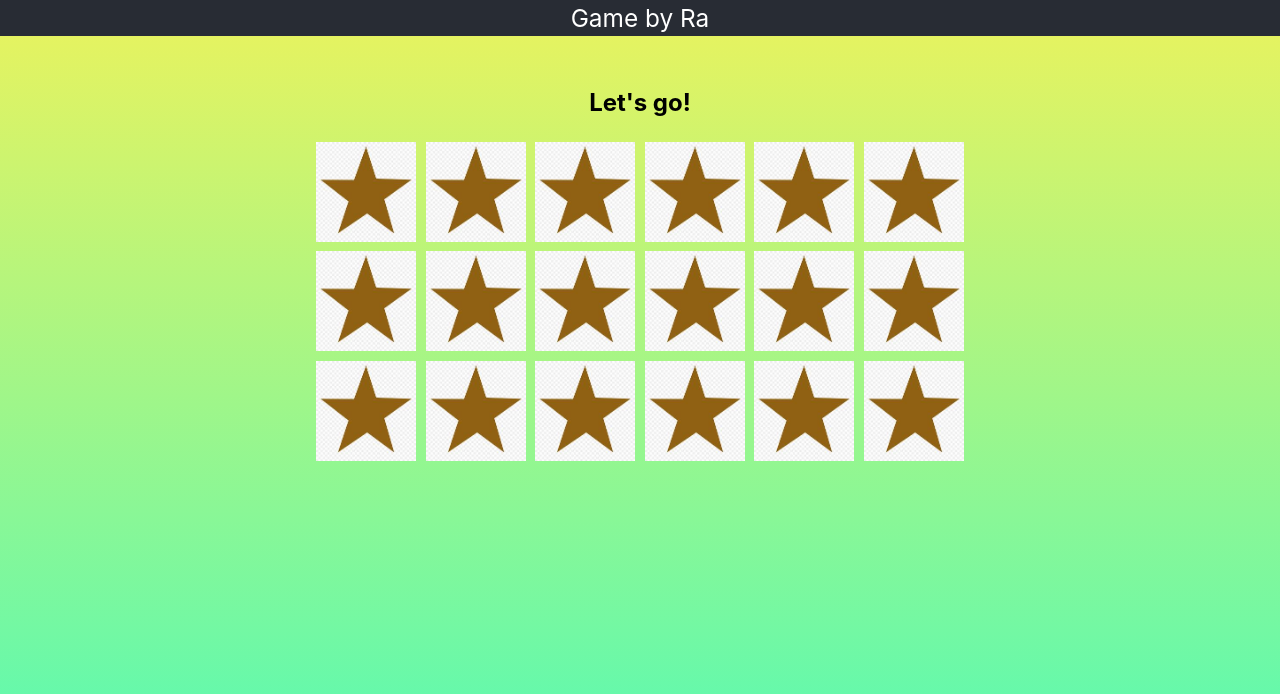
Repository: Sergioramasano/ramos-game
Page: /
These files come from the project's save history. The page is drawn as it stood at one moment and after the next save; the edit follows.
The browser window is 1280 px wide. The pictures show the whole page.
The project was rebuilt for these pictures with package versions that can differ from the ones it lists, and the page was loaded fresh each time.

Above is the page before, as saved 2021-02-11 20:30:42.

### public/index.html
<!DOCTYPE html>
<html lang="en">
  <head>
    <meta charset="utf-8" />
    <link rel="icon" href="%PUBLIC_URL%/favicon.ico" />
    <meta name="viewport" content="width=device-width, initial-scale=1" />
    <meta name="theme-color" content="#000000" />
    <meta
      name="description"
      content="Web site created using create-react-app"
    />
    <link rel="apple-touch-icon" href="%PUBLIC_URL%/logo192.png" />
    <link rel="manifest" href="%PUBLIC_URL%/manifest.json" />
    <title>Game by Ra</title>
  </head>
  <body>
    <noscript>You need to enable JavaScript to run this app.</noscript>
    <div id="root"></div>
  </body>
</html>

### src/App.js
import "./App.css";
import GameBox from "./components/GameBox/GameBox";
import age from "./images/age.jpeg";
import av from "./images/av.jpeg";
import hq from "./images/hq.png";
import hs from "./images/hs.png";
import jq from "./images/jq.jpg";
import lk from "./images/lk.jpg";
import sm from "./images/sm.jpg";
import smm from "./images/smm.png";
import knight from "./images/knight.png";

const App = () => {
  const shuffleArray = [age, av, hq, hs, jq, lk, sm, smm, knight];
  function shuffle(shuffleArray) {
    shuffleArray.sort(() => Math.random() - 0.5);
  }
  shuffle(shuffleArray);
  return (
    <div className="App">
      <header className="App-header">Game by Ra</header>
      <GameBox shuffle={shuffle} shuffleArray={shuffleArray}></GameBox>
    </div>
  );
};

export default App;

### src/App.css
.App {
  text-align: center;
}

.App-header {
  background-color: #282c34;
  height: 5vh;
  display: flex;
  flex-direction: column;
  align-items: center;
  justify-content: center;
  font-size: calc(10px + 2vmin);
  color: white;
}

### src/components/GameBox/GameBox.js
import React, { useState } from "react";
import Cards from "../Cards";
import styles from "./Gamebox.module.css";
import star from "../../images/star.jpeg";

const GameBox = (props) => {
  const [imgUrl, setImgUrl] = useState(null);
  const [bingo, setBingo] = useState([]);
  const [currentUrlIdx, setCurrentUrlIdx] = useState(null);

  let urls = [];
  const mappingUrls = () => {
    urls = urls.map((url, idx) => {
      return { name: url, id: Math.random(), visible: false, idx };
    });
  };

  const transformUrls = () => {
    urls = props.shuffleArray;
    urls = [...urls, ...urls];
    mappingUrls();
  };

  transformUrls();

  if (imgUrl !== null) {
    urls[imgUrl].visible = true;
  }

  if (bingo.length) {
    bingo.forEach((b) => {
      urls[b].visible = true;
    });
  }

  const restart = () => {
    setBingo([]);
    mappingUrls();
    props.shuffle();
  };

  const setImg = (url) => {
    if (
      currentUrlIdx &&
      currentUrlIdx.name === url.name &&
      currentUrlIdx.idx !== url.idx &&
      !bingo.includes(url.idx)
    ) {
      setBingo([...bingo, currentUrlIdx.idx, url.idx]);
    }
    setImgUrl(url.idx);
    setCurrentUrlIdx(url);
  };

  return (
    <main className={styles.gamebox}>
      {bingo.length === urls.length ? <h2>You won!</h2> : <h2>Let's go!</h2>}
      <section className={styles.wrap}>
        {bingo.length === urls.length ? (
          <button onClick={restart} className={styles.button}>
            Restart
          </button>
        ) : (
          <Cards
            urls={urls}
            styles={styles}
            setImg={setImg}
            star={star}
          ></Cards>
        )}
      </section>
    </main>
  );
};

export default GameBox;

### src/components/Cards.js
const Cards = (urls) => {
  return urls.urls.map((url) => {
    return (
      <div
        className={urls.styles.card}
        key={Math.random()}
        onClick={() => urls.setImg(url)}
      >
        {url.visible !== false ? (
          <img src={url.name} alt="avatar"></img>
        ) : (
          <img src={urls.star} alt="star"></img>
        )}
      </div>
    );
  });
};

export default Cards;

### src/components/GameBox/Gamebox.module.css
.gamebox {
  height: 95vh;
  background: linear-gradient(#d5ec06a2, #03f57c9f);
  padding: 2rem;
  box-sizing: border-box;
}

.wrap {
  margin: auto auto;
  max-width: 700px;
  height: auto;
  width: 100%;
  min-height: 300px;
  display: flex;
  flex-direction: row;
  justify-content: center;
  flex-wrap: wrap;
}

.card {
  display: block;
  width: 100px;
  height: 100px;
  margin: 0.3rem;
}

.card img {
  display: block;
  width: 100%;
  height: 100%;
}

.button {
  border: none;
  font-family: inherit;
  font-size: inherit;
  color: inherit;
  background: none;
  cursor: pointer;
  padding: 25px 80px;
  display: inline-block;
  margin: 15px 30px;
  text-transform: uppercase;
  letter-spacing: 1px;
  font-weight: 700;
  outline: none;
  position: relative;
  background: #cb4e4e;
  color: #fff;
  box-shadow: 0 6px #ab3c3c;
  -webkit-transition: none;
  -moz-transition: none;
  transition: none;
  border-radius: 40px;
}

.button:hover {
  box-shadow: 0 4px #ab3c3c;
  top: 2px;
}

Loaded but not shown: src/index.js (common file); src/index.css (common file)

After the next save:
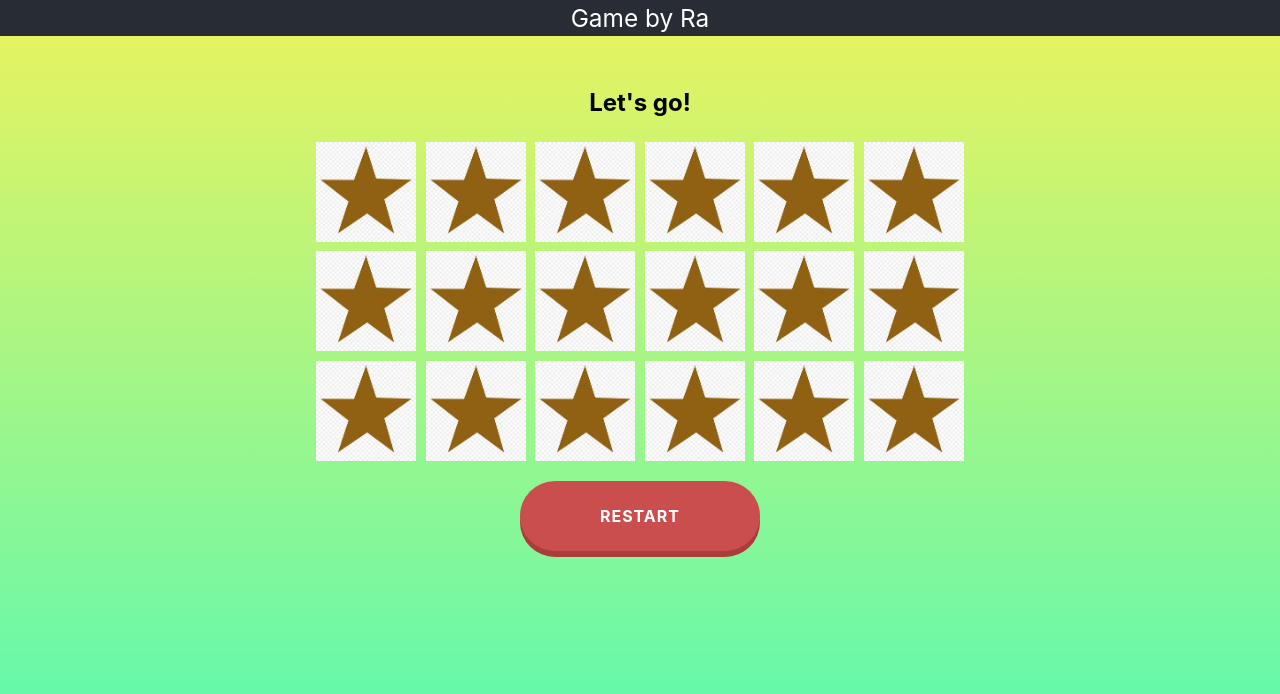
Saved 52 s later.
--- a/src/components/GameBox/GameBox.js
+++ b/src/components/GameBox/GameBox.js
@@ -69,6 +69,9 @@
           ></Cards>
         )}
       </section>
+      <button onClick={restart} className={styles.button}>
+        Restart
+      </button>
     </main>
   );
 };
